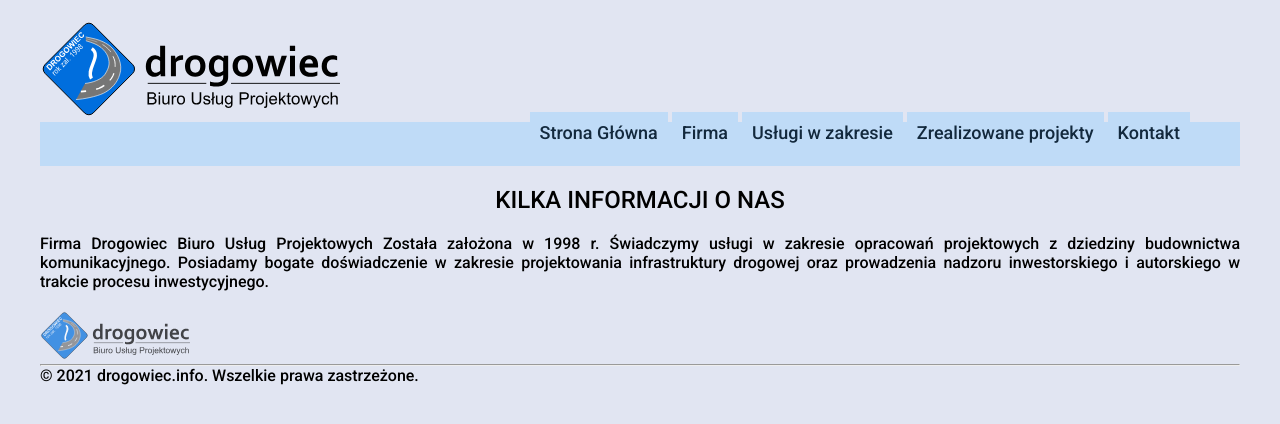
Repository: AdamBodzak/WTF_v2
Page: index.html
An editor plug-in stored every save of this project. The page is shown before and after the next save, followed by the edit.
The browser window is 1280 px wide. The pictures show the whole page.

Above is the page before, as saved 2021-01-08 13:52:15.

### index.html
<!DOCTYPE html>
<html lang="pl">
<head>
    <meta charset="UTF-8">
    <meta name="viewport" content="width=device-width, initial-scale=1.0">
    <link rel="preconnect" href="https://fonts.gstatic.com">
    <link rel="stylesheet" href="style.css" type="text/css">
    <title>DROGOWIEC Biuro Usług Projektowych</title>
</head>
<body>
    <header>
        <a href="index.html">
            <img id="logo" src="./img/Logo.svg" alt="Logo image">
        </a>
        <nav>
            <ul id="nawigationBar">
                <li> <a class="menuItem" href="#"> Strona Główna </a></li>
                <li> <a class="menuItem" href="#"> Firma </a></li>
                <li> <a class="menuItem" href="#"> Usługi w zakresie </a></li>
                <li> <a class="menuItem" href="#"> Zrealizowane projekty </a></li>
                <li> <a class="menuItem" href="#"> Kontakt </a></li>
            </ul>
        </nav>
    </header>
    <main>
        <section>
            <h1 id="hederSection">KILKA INFORMACJI O NAS</h1>
            <p id="paragrafSection">
                Firma Drogowiec Biuro Usług Projektowych Została założona w 1998 r.
                Świadczymy usługi w zakresie opracowań projektowych z dziedziny budownictwa
                komunikacyjnego. Posiadamy bogate doświadczenie w zakresie projektowania infrastruktury
                drogowej oraz prowadzenia nadzoru inwestorskiego i autorskiego w trakcie procesu inwestycyjnego.
            </p>
        </section>
    <main>
    <footer>
        <a href="index.html">
            <img id="logoFooter" src="./img/Logo.svg" alt="Logo image">
        </a>
        <div id="kontakt">

        </div>
        <hr>
        <p>
            © 2021 drogowiec.info. Wszelkie prawa zastrzeżone.
        </p>
    </footer>
</body>
</html>

### style.css
@import url('https://fonts.googleapis.com/css2?family=Roboto:wght@300;500;700&display=swap');

* {
    font-family: 'Roboto', sans-serif;
    font-weight: 500;
    box-sizing: border-box;
    margin: 0px;
    padding: 0px;
}

body {
    max-width: 1200px;
    background-color: #E1E5F2;
    margin-left: auto;
    margin-right: auto;
}

#logo {
    width: 300px;
    padding-top: 20px;
}

#nawigationBar{
    background-color: #BFDBF7;
    text-align: right;
    padding-right: 50px;
    height: 44px;
}

#nawigationBar>li {
    display: inline-block;
}

.menuItem{
    font-size: 18px;
    color: #13293D;
    text-decoration: none;
    padding: 10px;
    background-color: #BFDBF7;
}

.menuItem:hover {
    background-color: #247BA0;
}

#logoFooter {
    width: 150px;
    opacity: 0.7;
}

#hederSection {
    text-align: center;
    padding: 20px;
}

#paragrafSection {
    text-align: justify;
}

footer {
    padding-top: 20px;
}

Loaded but not shown: img/Logo.svg (19 lines, source omitted)

After the next save:
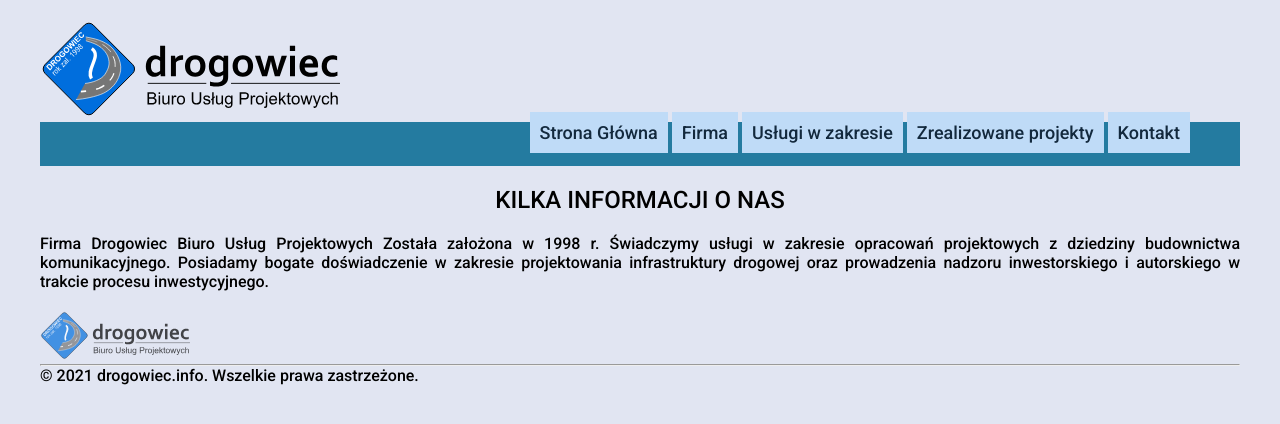
Saved 27 s later.
--- a/style.css
+++ b/style.css
@@ -21,7 +21,7 @@
 }
 
 #nawigationBar{
-    background-color: #BFDBF7;
+    background-color: #247BA0;
     text-align: right;
     padding-right: 50px;
     height: 44px;
